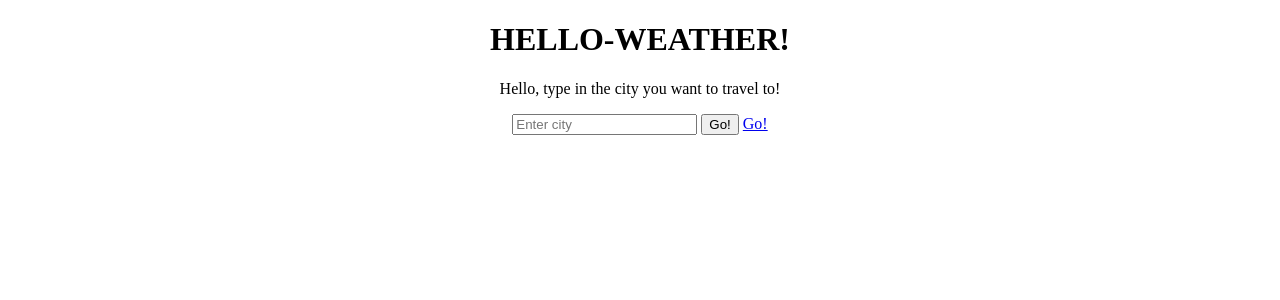
Repository: Jazinha/Hello-kitty-weather
Page: index.html
An editor plug-in stored every save of this project. The page is shown before and after the next save, followed by the edit.
The browser window is 1280 px wide. The pictures show the whole page.

Above is the page before, as saved 2023-02-03 19:52:32.

### index.html
<!DOCTYPE html>
<html>
    <head>
        <title>Hello-Weather!</title>
        <meta charset="utf-8">
        <link rel="stylesheet" href="style.css">
    </head>
    <body>
        <div class="container">
            <div id="home" class="flex-column flex-center"></div>
            <h1>HELLO-WEATHER!</h1>
            <p>Hello, type in the city you want to travel to!</p>
            <input id="initial" type="text" placeholder="Enter city">
            <input id="initial-submit-bt" type="submit" value="Go!">
            <a href="forecast.html" class="btn">Go!</a>
        </div>
    </body>
</html>

### style.css
.container {
    text-align: center;
    justify-content: center;
}

After the next save:
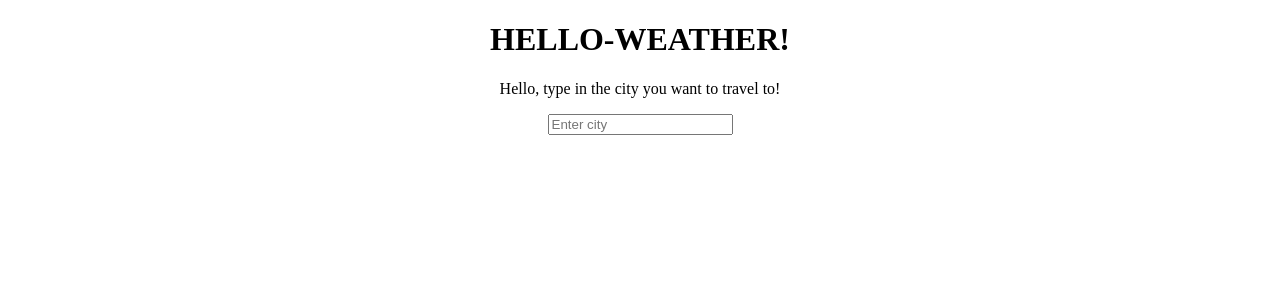
Saved 5 min 40 s later.
--- a/index.html
+++ b/index.html
@@ -11,8 +11,7 @@
             <h1>HELLO-WEATHER!</h1>
             <p>Hello, type in the city you want to travel to!</p>
             <input id="initial" type="text" placeholder="Enter city">
-            <input id="initial-submit-bt" type="submit" value="Go!">
-            <a href="forecast.html" class="btn">Go!</a>
+            <a href=forecast.html id="initial-submit-bt" type="s" value="Go!">
         </div>
     </body>
 </html>

After the save that followed:
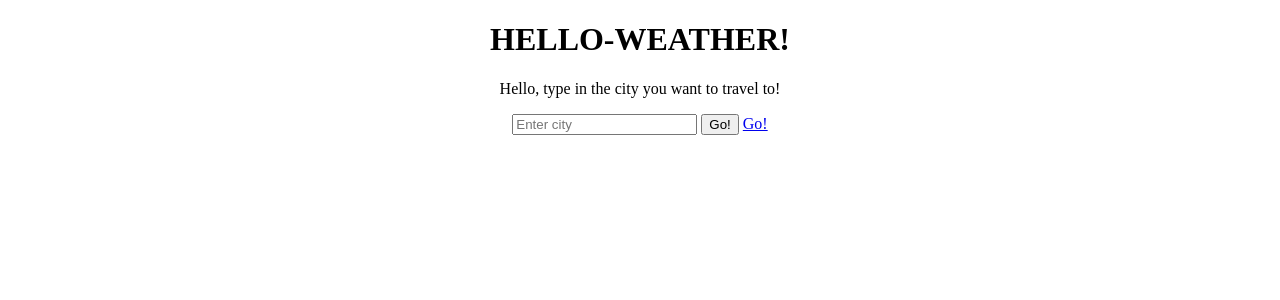
Saved 2 min 47 s later.
--- a/index.html
+++ b/index.html
@@ -11,7 +11,8 @@
             <h1>HELLO-WEATHER!</h1>
             <p>Hello, type in the city you want to travel to!</p>
             <input id="initial" type="text" placeholder="Enter city">
-            <a href=forecast.html id="initial-submit-bt" type="s" value="Go!">
+            <input id="initial-submit-bt" type="submit" value="Go!">
+            <a href="forecast.html" class="btn">Go! </a>
         </div>
     </body>
 </html>
